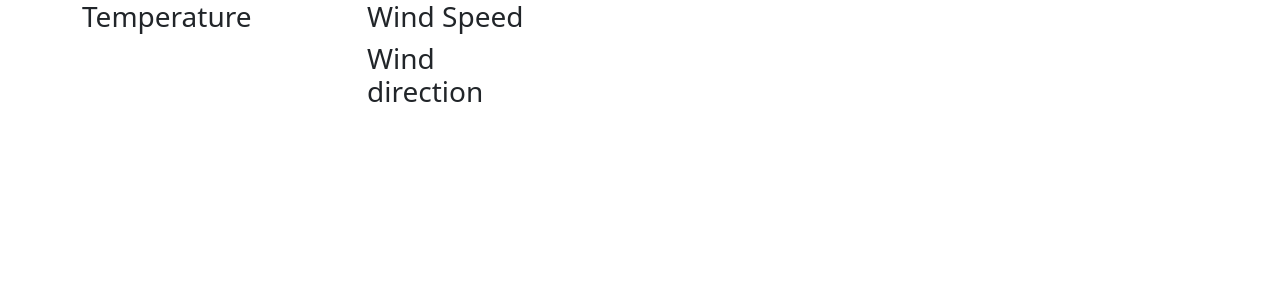
Repository: Saiyamjain-100/weather-app
Page: src/component/new.html
These files come from the project's save history. The page is drawn as it stood at one moment and after the next save; the edit follows.
The browser window is 1280 px wide. The pictures show the whole page.

Above is the page before, as saved 2022-05-18 14:24:12.

After the next save:
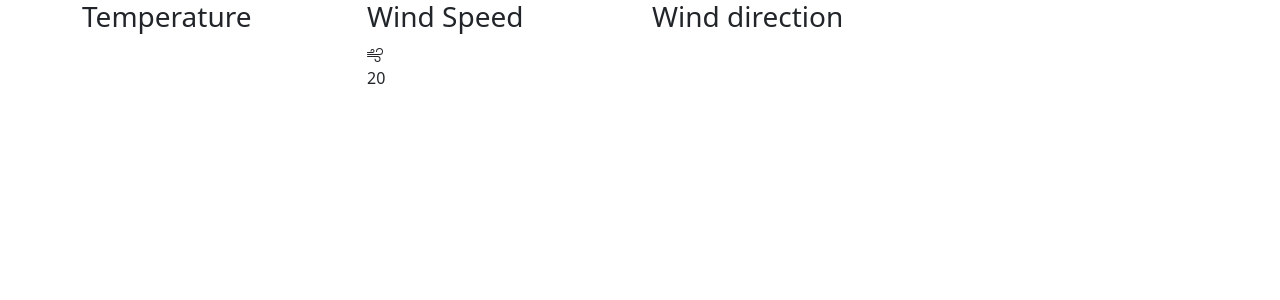
Saved 6 s later.
--- a/src/component/new.html
+++ b/src/component/new.html
@@ -19,7 +19,10 @@
             </div>
             <div class="col-md-3">
                 <h3>Wind Speed</h3>
-                <div class=""
+                <svg xmlns="http://www.w3.org/2000/svg" width="16" height="16" fill="currentColor" class="bi bi-wind" viewBox="0 0 16 16">
+                    <path d="M12.5 2A2.5 2.5 0 0 0 10 4.5a.5.5 0 0 1-1 0A3.5 3.5 0 1 1 12.5 8H.5a.5.5 0 0 1 0-1h12a2.5 2.5 0 0 0 0-5zm-7 1a1 1 0 0 0-1 1 .5.5 0 0 1-1 0 2 2 0 1 1 2 2h-5a.5.5 0 0 1 0-1h5a1 1 0 0 0 0-2zM0 9.5A.5.5 0 0 1 .5 9h10.042a3 3 0 1 1-3 3 .5.5 0 0 1 1 0 2 2 0 1 0 2-2H.5a.5.5 0 0 1-.5-.5z"/>
+                  </svg>
+                <p>20</p>
             </div>
             <div class="col-md-3">
                 <h3>Wind direction</h3>
